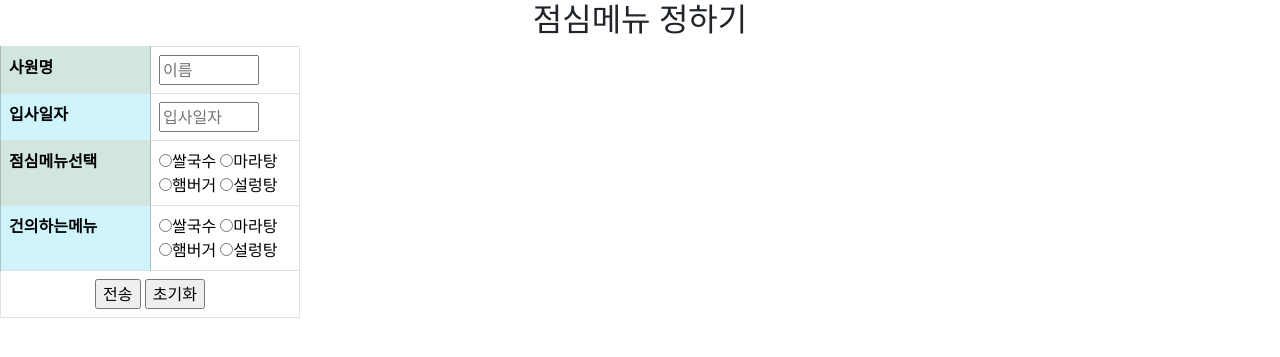
Repository: GANADAG/jspProject
Page: http://localhost/JspProject/day0228_1/qiuzForm_03.jsp
An editor plug-in stored every save of this project. The page is shown before and after the next save, followed by the edit.
The browser window is 1280 px wide. The pictures show the whole page.
Some web fonts or font styles are not loaded; a fallback is used. The page is served by Tomcat 9.

Above is the page before, as saved 2024-02-28 07:24:31.

After the next save:
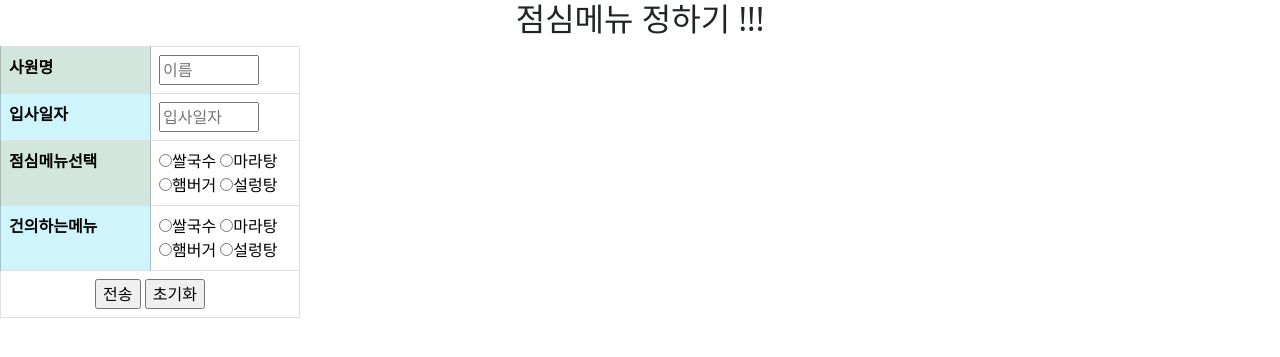
Saved 29 s later.
--- a/JspProject/src/main/webapp/day0228_1/qiuzForm_03.jsp
+++ b/JspProject/src/main/webapp/day0228_1/qiuzForm_03.jsp
@@ -11,7 +11,7 @@
 <title>Insert title here</title>
 </head>
 <body>
-	<h2 colspan="2" align="center">점심메뉴 정하기</h2>
+	<h2 colspan="2" align="center">점심메뉴 정하기 !!!</h2>
 	<form action="quizWrite_03.jsp" method="post">
 		<table class="table table-bordered" style="width:300px;">
 			<tr>
